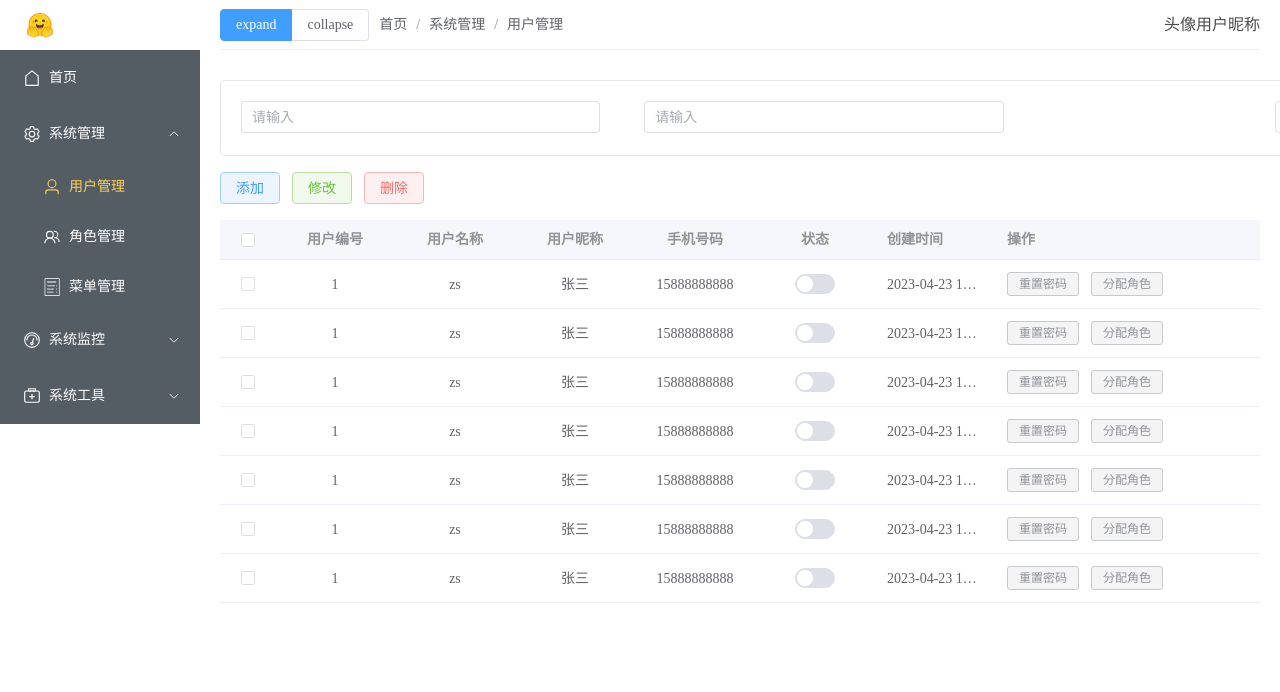
Repository: 202100202078/SignInBox
Page: /admin/system/user
The author's editor kept a copy of each file at every save. The page is drawn from the files as they stood at one save, then again after the next save.
The browser window is 1280 px wide. The pictures show the whole page.
The project was rebuilt for these pictures with package versions that can differ from the ones it lists, and the page was loaded fresh each time. Also part of the build but not shown: vite.config.js, src/components/FilterLayout.vue, src/components/PageFooter.vue, src/components/TableLayout.vue, src/components/ToolTip.vue, src/assets/fonts/iconfont/iconfont.js, src/assets/style/variables.module.scss.

Above is the page before, as saved 2024-01-30 11:46:02.

### src/assets/style/base.scss
* {
  margin: 0px;
  padding: 0px;
  box-sizing: border-box;
}

.icon {
  width: 1em;
  height: 1em;
  vertical-align: -0.15em;
  fill: currentColor;
  overflow: hidden;
}

.el-menu {
  border:0!important;
}

ul {
  list-style:none;
}

li {
  list-style-type:none;
}

a {
	text-decoration: none; /* 去除默认的下划线 */
	outline: none;	/* 去除旧版浏览器的点击后的外虚线框 */
	color: #000;	/* 去除默认的颜色和点击后变化的颜色 */
}

// 阿里字体图标设置
.icon, .iconfont {
  font-family:"iconfont" !important;
  font-size:16px;
  font-style:normal;
  -webkit-font-smoothing: antialiased;
  -webkit-text-stroke-width: 0.2px;
  -moz-osx-font-smoothing: grayscale;
}

### src/assets/fonts/iconfont/iconfont.css
@font-face {
  font-family: "iconfont"; /* Project id 4345534 */
  src: url('iconfont.woff2?t=1703642635456') format('woff2'),
       url('iconfont.woff?t=1703642635456') format('woff'),
       url('iconfont.ttf?t=1703642635456') format('truetype');
}

.iconfont {
  font-family: "iconfont" !important;
  font-size: 16px;
  font-style: normal;
  -webkit-font-smoothing: antialiased;
  -moz-osx-font-smoothing: grayscale;
}

.icon-yunyingbaobiao:before {
  content: "\e620";
}

.icon-jiekou1:before {
  content: "\e694";
}

.icon-jiaoseguanli:before {
  content: "\e618";
}

.icon-dingshirenwu:before {
  content: "\e651";
}

.icon-daimashengcheng:before {
  content: "\e636";
}

.icon-a-Icon-line-hamburger-right1x:before {
  content: "\e84c";
}

.icon-a-Icon-line-hamburger-left1x:before {
  content: "\e84d";
}

.icon-a-shujujiankong2:before {
  content: "\e628";
}

.icon-a-zaixianyonghu2:before {
  content: "\e629";
}

.icon-shouqi:before {
  content: "\e6b8";
}

.icon-xiala:before {
  content: "\e6b9";
}

.icon-gantanhao-quan:before {
  content: "\e70f";
}

.icon-yuandianxiao:before {
  content: "\e757";
}

.icon-duihao:before {
  content: "\eaf1";
}

.icon-fuzhi:before {
  content: "\ec7a";
}

.icon-shuaxin:before {
  content: "\e8b9";
}

.icon-shezhi:before {
  content: "\e642";
}

.icon-midutu:before {
  content: "\e749";
}

.icon-wodedingdan:before {
  content: "\e655";
}

.icon-admin-manage:before {
  content: "\e60e";
}

.icon-xiaolian:before {
  content: "\e8ab";
}

.icon-chongzhi:before {
  content: "\e60b";
}

.icon-jiekou:before {
  content: "\e607";
}

.icon-4_square_solid:before {
  content: "\e64d";
}

.icon-1_square_solid:before {
  content: "\e64e";
}

.icon-5_square_solid:before {
  content: "\e64c";
}

.icon-3_square_solid:before {
  content: "\e64f";
}

.icon-2_square_solid:before {
  content: "\e650";
}

### src/views/admin/system/UserManagement.vue
<script setup>
import MyDialog from './components/MyDialog.vue'
import FilterForm from './components/FilterForm.vue'
import { ref } from 'vue'

//筛选表单的显示隐藏
const isShow = ref(true)
// const params = ref({})
// 一个响应式对象存储整个筛选表单的数据(默认显示的两个item需要父子双向绑定)

// 时间选择器
const datePicker = ref('')

const status = ref('')
const statusOptions = [
  {
    value: 'Option1',
    label: '正常'
  },
  {
    value: 'Option2',
    label: '停用'
  }
]

const handleReset = () => {
  console.log('reset')
}
const handleQuery = () => {
  console.log('query')
}
const handleTrigger = () => {
  // console.log('trigger')
  isShow.value = !isShow.value
}

// 渲染的表格
const tableData = [
  {
    userId: 1,
    uname: 'zs',
    nickName: '张三',
    phone: '15888888888',
    state: false,
    createDate: '2023-04-23 16:11:38'
  },
  {
    userId: 1,
    uname: 'zs',
    nickName: '张三',
    phone: '15888888888',
    state: false,
    createDate: '2023-04-23 16:11:38'
  },
  {
    userId: 1,
    uname: 'zs',
    nickName: '张三',
    phone: '15888888888',
    state: false,
    createDate: '2023-04-23 16:11:38'
  },
  {
    userId: 1,
    uname: 'zs',
    nickName: '张三',
    phone: '15888888888',
    state: false,
    createDate: '2023-04-23 16:11:38'
  },
  {
    userId: 1,
    uname: 'zs',
    nickName: '张三',
    phone: '15888888888',
    state: false,
    createDate: '2023-04-23 16:11:38'
  },
  {
    userId: 1,
    uname: 'zs',
    nickName: '张三',
    phone: '15888888888',
    state: false,
    createDate: '2023-04-23 16:11:38'
  },
  {
    userId: 1,
    uname: 'zs',
    nickName: '张三',
    phone: '15888888888',
    state: false,
    createDate: '2023-04-23 16:11:38'
  }
]

const multipleTableRef = ref()
const multipleSelection = ref([])

const handleSelectionChange = (val) => {
  multipleSelection.value = val
}

// dialog组件ref
const myDialogRef = ref()
// dialog的标题
const dialogTitle = ref('添加用户')

const addUserFn = () => {
  dialogTitle.value = '添加用户'
  myDialogRef.value.open()
}
const editUserFn = () => {
  dialogTitle.value = '修改用户'
  myDialogRef.value.open()
}
const delUserFn = () => {
  dialogTitle.value = '系统提示'
  myDialogRef.value.open()
}

// dialog表单
const formModel = ref({
  nickName: '',
  phone: '',
  email: '',
  uname: '',
  password: false,
  role: '',
  gender: '',
  status: '',
  desc: ''
})

const rules = {}
</script>

<template>
  <MyDialog :title="dialogTitle" ref="myDialogRef">
    <template #form>
      <el-form
        :model="formModel"
        label-width="80px"
        label-position="left"
        :rules="rules"
      >
        <el-form-item label="用户昵称">
          <el-input v-model="formModel.nickName" />
        </el-form-item>
        <el-form-item label="手机号码">
          <el-input v-model="formModel.phone" />
        </el-form-item>
        <el-form-item label="邮箱">
          <el-input v-model="formModel.email" />
        </el-form-item>
        <el-form-item label="用户名称">
          <el-input v-model="formModel.uname" />
        </el-form-item>
        <el-form-item label="用户密码">
          <el-input v-model="formModel.password" type="password" />
        </el-form-item>
        <el-form-item label="用户性别">
          <el-select v-model="formModel.gender" placeholder="请选择性别">
            <el-option label="男" value="1" />
            <el-option label="女" value="2" />
            <el-option label="未知" value="3" />
          </el-select>
        </el-form-item>
        <el-form-item label="角色">
          <el-select v-model="form.role" placeholder="请选择角色">
            <el-option label="普通角色" value="normal" />
          </el-select>
        </el-form-item>
        <el-form-item label="状态">
          <el-radio-group v-model="form.status">
            <el-radio label="正常" />
            <el-radio label="停用" />
          </el-radio-group>
        </el-form-item>
        <el-form-item label="备注">
          <el-input
            v-model="form.desc"
            type="textarea"
            placeholder="请输入内容"
          />
        </el-form-item>
      </el-form>
    </template>
  </MyDialog>
  <div class="user-managemant-page">
    <FilterForm>

    </FilterForm>
    <div class="user-managemant-page-btns">
      <el-button plain type="primary" @click="addUserFn">添加</el-button>
      <el-button plain type="success" @click="editUserFn">修改</el-button>
      <el-button plain type="danger" @click="delUserFn">删除</el-button>
    </div>
    <el-table
      :ref="multipleTableRef"
      :data="tableData"
      style="width: 100%"
      @selection-change="handleSelectionChange"
      :header-cell-style="{
        background: '#F5F7FA',
        color: '#909399'
      }"
    >
      <el-table-column align="center" type="selection" width="55" />
      <el-table-column
        align="center"
        property="userId"
        label="用户编号"
        width="120"
      />
      <el-table-column
        align="center"
        property="uname"
        label="用户名称"
        width="120"
      />
      <el-table-column
        align="center"
        property="nickName"
        label="用户昵称"
        width="120"
      />
      <el-table-column
        align="center"
        property="phone"
        label="手机号码"
        width="120"
      />
      <el-table-column align="center" label="状态" width="120">
        <template #default="scope">
          <el-switch v-model="scope.row.state" />
        </template>
      </el-table-column>
      <el-table-column
        property="createDate"
        label="创建时间"
        width="120"
        show-overflow-tooltip
      />
      <el-table-column label="操作" show-overflow-tooltip>
        <template #default="scope">
          <el-button size="small" type="info" plain>重置密码</el-button>
          <el-button size="small" type="info" plain>分配角色</el-button>
        </template>
      </el-table-column>
    </el-table>
  </div>
</template>

<style lang="scss" scoped>
.user-managemant-page {
  .el-form-item {
    width: 30%;
    .el-select {
      width: 100%;
    }
  }
  .user-managemant-page-btns {
    margin-bottom: 16px;
  }
}
</style>

### src/views/admin/layout/conponents/MySlider.vue
<script setup>
import variables from '@/assets/style/variables.module.scss'
defineProps({
  isCollapse: {
    type: Boolean,
    required: true
  },
  activeIndex: {
    type: String,
    required: true
  }
})
// console.log(prop)
</script>

<template>
  <el-aside
    width="200px"
    :style="{ width: isCollapse ? '64px' : '200px' }"
    class="el-aside"
  >
    <div
      :style="{
        backgroundColor: variables.menuBackground
      }"
      class="system-layout-aside"
    >
      <div
        class="logo-show"
        :style="{
          'padding-top': isCollapse ? '16px' : '0',
          transition: '1.5s'
        }"
      >
        <a @click="$router.replace('/admin/index')">
          <img src="@/assets/avg/logo.svg" alt="logo" class="logo" />
          <h1
            class="title"
            :style="{
              opacity: isCollapse ? 0 : 1,
              transition: '0.5s',
              color: isCollapse ? '#545c64' : '#fff'
            }"
          >
            API-BOX管理系统
          </h1>
        </a>
      </div>
      <el-menu
        active-text-color="#ffd04b"
        background-color="#545c64"
        class="el-menu-vertical-demo"
        :default-active="activeIndex"
        text-color="#fff"
        @open="handleOpen"
        @close="handleClose"
        :collapse="isCollapse"
        :unique-opened="true"
        router
      >
        <el-menu-item index="/admin/index">
          <el-icon><House /></el-icon>
          <span>首页</span>
        </el-menu-item>
        <el-sub-menu index="2">
          <template #title>
            <el-icon><Setting /></el-icon>
            <span>系统管理</span>
          </template>
          <el-menu-item index="/admin/system/user">
            <el-icon><User /></el-icon>
            <span>用户管理</span>
          </el-menu-item>
          <el-menu-item index="/admin/system/role">
            <svg class="icon" aria-hidden="true">
              <use xlink:href="#icon-jiaoseguanli"></use>
            </svg>
            <span>角色管理</span>
          </el-menu-item>
          <el-menu-item index="/admin/system/menu">
            <svg class="icon" aria-hidden="true">
              <use xlink:href="#icon-yunyingbaobiao"></use>
            </svg>
            <span>菜单管理</span>
          </el-menu-item>
        </el-sub-menu>
        <el-sub-menu index="3">
          <template #title>
            <el-icon><Odometer /></el-icon>
            <span>系统监控</span>
          </template>
          <el-menu-item index="3-1">
            <svg class="icon" aria-hidden="true">
              <use xlink:href="#icon-a-zaixianyonghu2"></use>
            </svg>
            <span>在线用户</span>
          </el-menu-item>
          <el-menu-item index="3-2">
            <svg class="icon" aria-hidden="true">
              <use xlink:href="#icon-dingshirenwu"></use>
            </svg>
            <span>定时任务</span>
          </el-menu-item>
          <el-menu-item index="3-3">
            <svg class="icon" aria-hidden="true">
              <use xlink:href="#icon-a-shujujiankong2"></use>
            </svg>
            <span>数据监控</span>
          </el-menu-item>
        </el-sub-menu>
        <el-sub-menu index="4">
          <template #title>
            <el-icon><FirstAidKit /></el-icon>
            <span>系统工具</span>
          </template>
          <el-menu-item index="4-1">
            <svg class="icon" aria-hidden="true">
              <use xlink:href="#icon-yunyingbaobiao"></use>
            </svg>
            <span>表单构建</span>
          </el-menu-item>
          <el-menu-item index="4-3">
            <svg class="icon" aria-hidden="true">
              <use xlink:href="#icon-jiekou1"></use>
            </svg>
            <span>系统接口</span>
          </el-menu-item>
        </el-sub-menu>
      </el-menu>
    </div>
  </el-aside>
</template>

<style scoped lang="scss">
.el-aside {
  transition: all 0.5s;
}
.system-layout-aside {
  height: 100%;
  .logo-show {
    height: 50px;
    text-align: center;
    cursor: pointer;
    .logo {
      margin-right: 4px;
      width: 28px;
      vertical-align: middle;
    }
    .title {
      display: inline-block;
      font-size: 14px;
      line-height: 50px;
      font-weight: 600;
      vertical-align: middle;
      color: #fff;
    }
  }
}
.icon {
  vertical-align: middle;
  margin-right: 5px;
  width: 24px;
  text-align: center;
  font-size: 18px;
  color: #fff;
}
</style>

### src/views/admin/system/components/MyDialog.vue
<script setup>
import { ref } from 'vue'
const dialogFormVisible = ref(false)

const props = defineProps({
  title: String
})

const open = () => {
  dialogFormVisible.value = true
}

const confirm = () => {
  // 关闭dialog
  dialogFormVisible.value = false
  // 根据title的不同向父级发送不同命令
  if (props.title === '添加菜单') {
    emit('onAddConfirm')
  } else if (props.title === '编辑菜单') {
    emit('onEditConfirm')
  } else if (props.title === '添加子菜单') {
    emit('onAddChildConfirm')
  }
}

const emit = defineEmits(['onAddConfirm', 'onEditConfirm', 'onAddChildConfirm'])

defineExpose({
  open
})
</script>

<template>
  <el-dialog v-model="dialogFormVisible" :title="title" align-center>
    <slot name="form"> </slot>
    <template #footer>
      <span class="dialog-footer">
        <el-button @click="dialogFormVisible = false">Cancel</el-button>
        <el-button type="primary" @click="confirm"> Confirm </el-button>
      </span>
    </template>
  </el-dialog>
</template>

### src/views/admin/system/components/FilterForm.vue
<script setup>
defineProps({
  label1: String,
  label2: String,
  defaultShow1: {
    type: Boolean,
    default: true
  },
  defaultShow2: {
    type: Boolean,
    default: true
  },
  isShow: Boolean,
  showCollapse: Boolean
})
const emit = defineEmits(['reset', 'query', 'trigger'])
//暴露重置方法和查询方法以及展开
const reset = () => {
  //获取form对象重置数据即可
  //通知父级reset数据
  emit('reset')
}
const query = () => {
  //通知父级进行发请求筛选数据
  emit('query')
}
const trigger = () => {
  //通知父级进行表单的展示/隐藏
  emit('trigger')
}
// defineExpose({
//   reset,
//   query,
//   trigger
// })
</script>

<template>
  <div class="filter-card">
    <el-card shadow="never" :body-style="{ 'padding-bottom': '4px' }">
      <el-form :inline="true">
        <slot></slot>
        <el-form-item :label="label1" v-if="defaultShow1">
          <el-input placeholder="请输入"></el-input>
        </el-form-item>
        <el-form-item :label="label2" v-if="defaultShow2">
          <el-input placeholder="请输入"></el-input>
        </el-form-item>
        <slot></slot>
        <el-form-item class="btns">
          <el-button @click="reset">重置</el-button>
          <el-button type="primary" @click="query">查询</el-button>
          <span class="trigger" @click="trigger" v-if="showCollapse"
            >展开
            <span
              :class="{
                iconfont: true,
                'icon-xiala': !isShow,
                'icon-shouqi': isShow
              }"
            ></span
          ></span>
        </el-form-item>
      </el-form>
    </el-card>
  </div>
</template>

<style lang="scss" scoped>
.filter-card {
  margin-bottom: 16px;
  width: 1240px;
  .el-form {
    display: flex;
    justify-content: space-between;
    align-items: center;
    flex-wrap: wrap;
    .el-form-item {
      width: 30%;
      .el-select {
        width: 100%;
      }
    }
    .btns {
      :deep .el-form-item__content {
        display: flex;
        justify-content: flex-end;
        .trigger {
          margin-left: 12px;
          color: #409eff;
          cursor: pointer;
          transition: all 0.3s;
          &:hover {
            color: #79bbff;
          }
        }
      }
    }
  }
}
</style>

Loaded but not shown: index.html (common file); src/App.vue (common file); src/router/index.js (128 lines, source omitted); src/main.js (20 lines, source omitted); src/stores/modules/user.js (22 lines, source omitted); src/stores/index.js (10 lines, source omitted); src/views/admin/layout/SystemPage.vue (196 lines, source omitted)

After the next save:
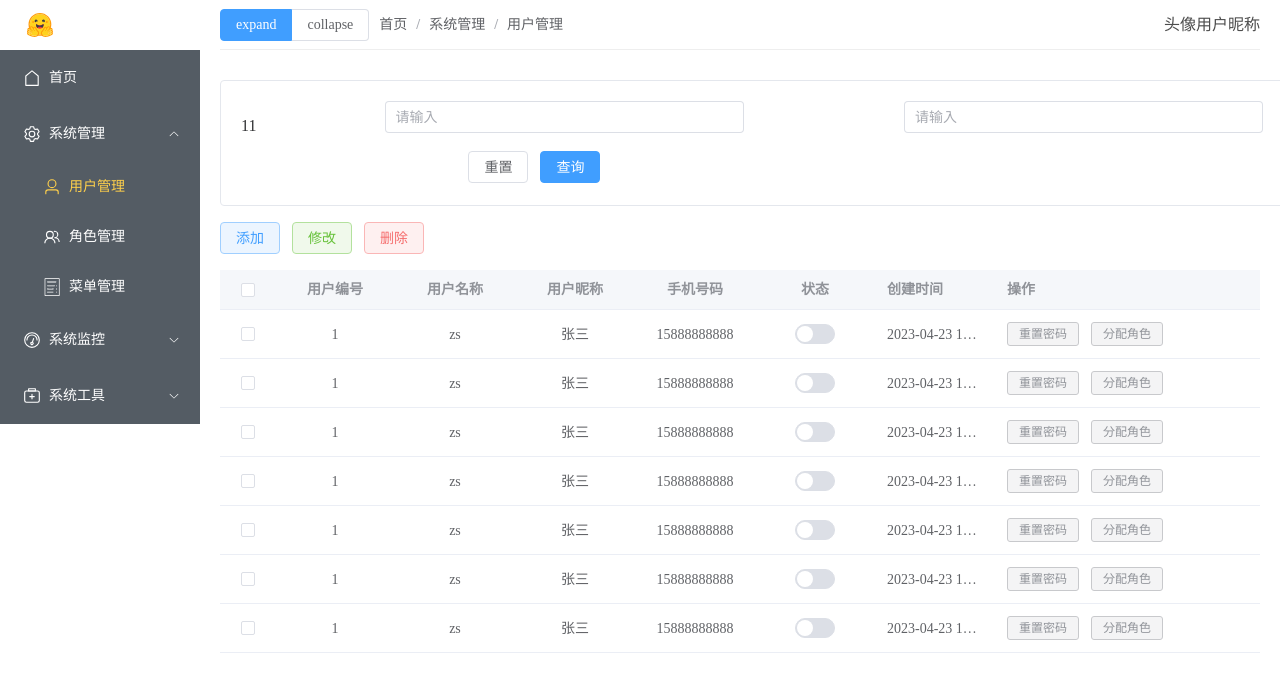
Saved 3 s later.
--- a/src/views/admin/system/UserManagement.vue
+++ b/src/views/admin/system/UserManagement.vue
@@ -188,9 +188,7 @@ const rules = {}
     </template>
   </MyDialog>
   <div class="user-managemant-page">
-    <FilterForm>
-
-    </FilterForm>
+    <FilterForm> 11 </FilterForm>
     <div class="user-managemant-page-btns">
       <el-button plain type="primary" @click="addUserFn">添加</el-button>
       <el-button plain type="success" @click="editUserFn">修改</el-button>

After the save that followed:
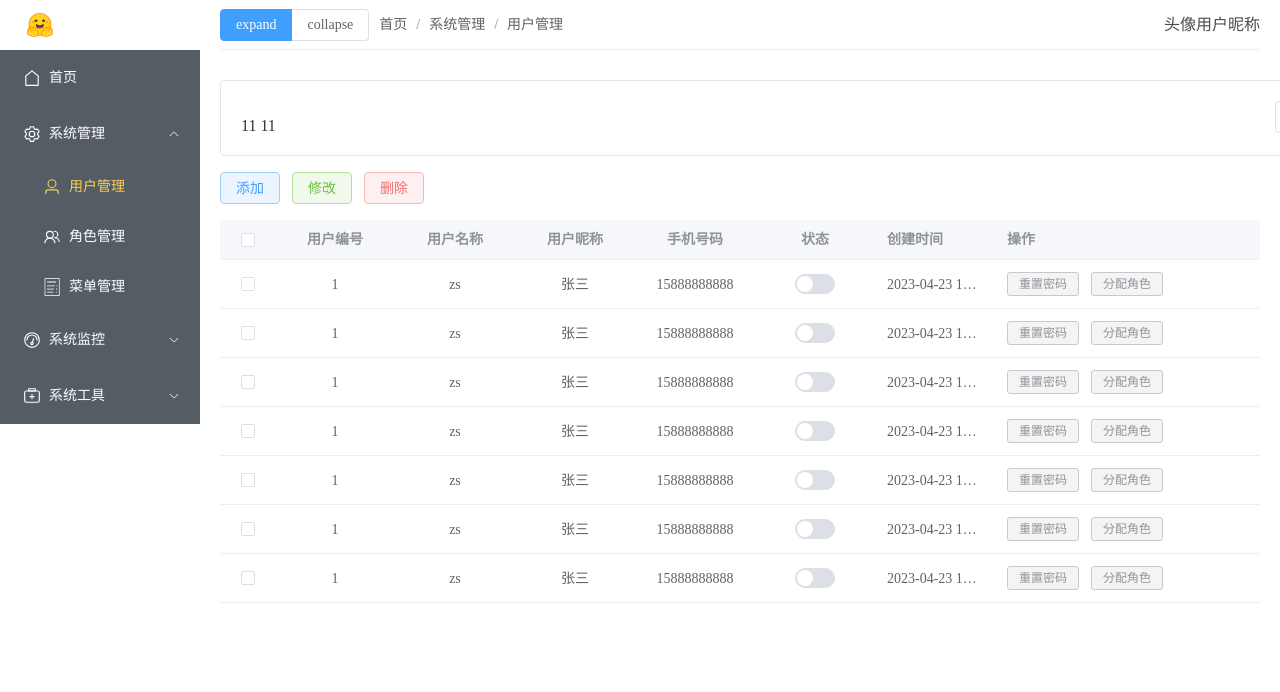
Saved 26 s later.
--- a/src/views/admin/system/components/FilterForm.vue
+++ b/src/views/admin/system/components/FilterForm.vue
@@ -40,12 +40,7 @@ const trigger = () => {
     <el-card shadow="never" :body-style="{ 'padding-bottom': '4px' }">
       <el-form :inline="true">
         <slot></slot>
-        <el-form-item :label="label1" v-if="defaultShow1">
-          <el-input placeholder="请输入"></el-input>
-        </el-form-item>
-        <el-form-item :label="label2" v-if="defaultShow2">
-          <el-input placeholder="请输入"></el-input>
-        </el-form-item>
+
         <slot></slot>
         <el-form-item class="btns">
           <el-button @click="reset">重置</el-button>
